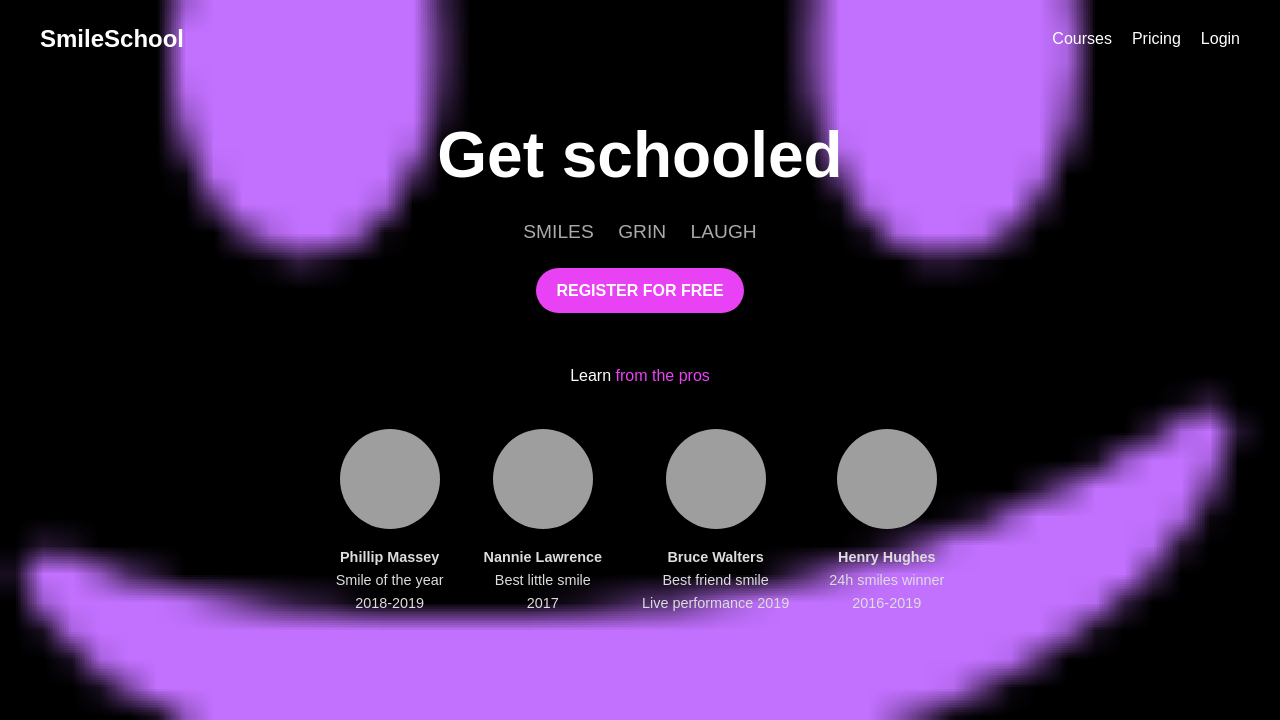
Repository: Patience225/alx_html_css
Page: css_advanced/index.html
The author's editor kept a copy of each file at every save. The page is drawn from the files as they stood at one save, then again after a run of saves.
The browser window is 1280 px wide. The pictures show the whole page.
Pictures or frames that could not be fetched are drawn as grey boxes.

Above is the page before, as saved 2025-01-03 20:50:27.

After the next 4 saves:
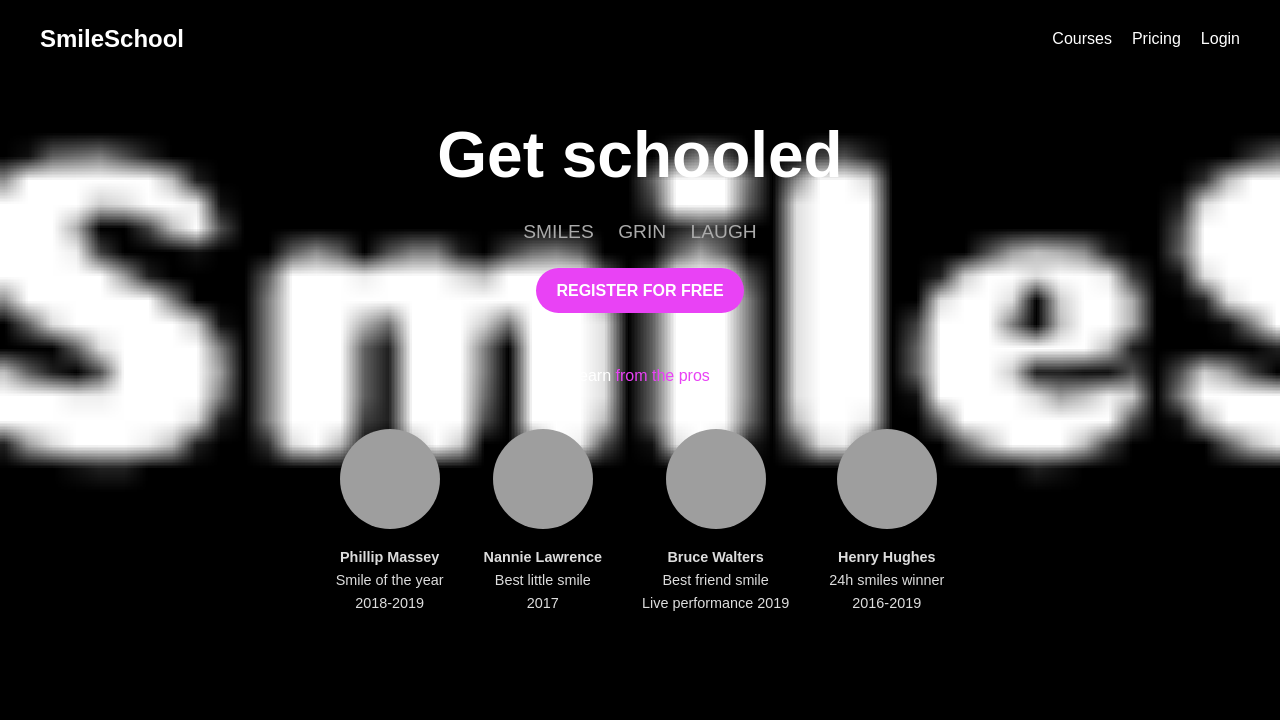
The 4 saves are shown as one change because they came seconds apart.
The last was saved 21 s later.
--- a/css_advanced/styles.css
+++ b/css_advanced/styles.css
@@ -47,7 +47,7 @@ body {
 
 /* Banner Section */
 .banner {
-  background: url('images/smile.png') no-repeat center/cover;
+  background: url('images/logo.png') no-repeat center/cover;
   height: 100vh;
   display: flex;
   flex-direction: column;
